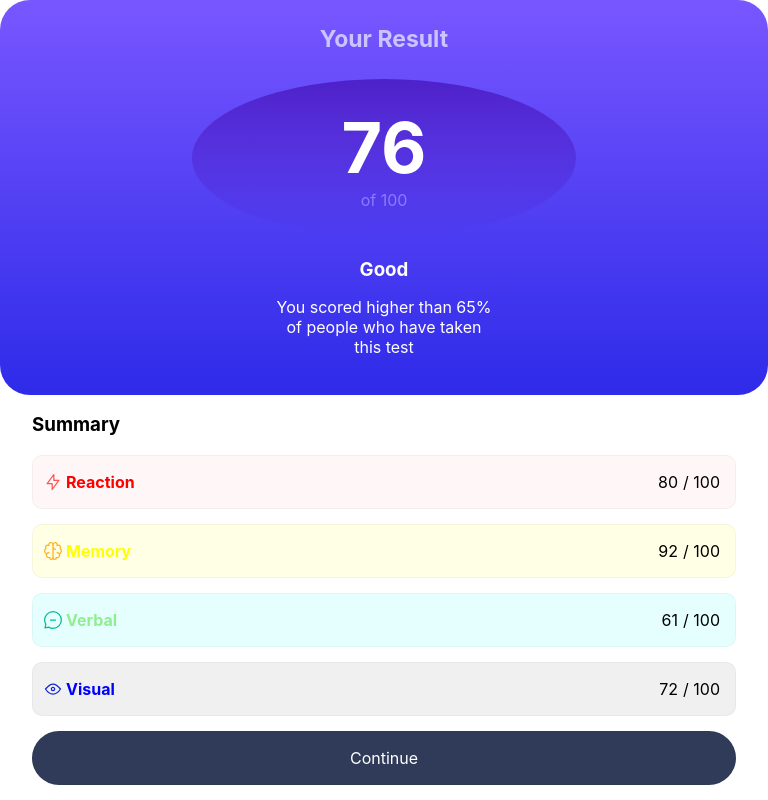
Repository: JeanPaulBassil/Result-Summary-Design
Page: /
The author's editor kept a copy of each file at every save. The page is drawn from the files as they stood at one save, then again after the next save.
The browser window is 768 px wide. The pictures show the whole page.
The project was rebuilt for these pictures with package versions that can differ from the ones it lists, and the page was loaded fresh each time.

Above is the page before, as saved 2023-02-24 18:41:22.

### src/index.css
body {
  margin: 0;
  font-family: -apple-system, BlinkMacSystemFont, 'Segoe UI', 'Roboto', 'Oxygen',
    'Ubuntu', 'Cantarell', 'Fira Sans', 'Droid Sans', 'Helvetica Neue',
    sans-serif;
  -webkit-font-smoothing: antialiased;
  -moz-osx-font-smoothing: grayscale;
}

code {
  font-family: source-code-pro, Menlo, Monaco, Consolas, 'Courier New',
    monospace;
}

.app{
  width: 50vw;
  box-shadow: 1px 3px 10px rgba(0, 0, 0, .1);
  border-radius: 20px;
  display: block;
  margin: 30vh auto;
  display: grid;
  grid-template-columns: minmax(250px, 1fr) minmax(250px, 1fr);
}

@media (max-width: 1440px){
  .app {
    width: 55vw;
  }
}
@media (max-width: 1024px){
  .app {
    width: 70vw;
  }
}

@media (max-width: 840px){
  .app {
    height: 100vh;
    width: 100vw;
    display: flex;
    flex-direction: column;
    margin: 0 0;
    border-radius: 0px
  }
  .app > .summary {
    flex: 1;
  }
}

### src/App.js
import Result from "./Components/Result/Result"
import Summary from "./Components/Summary/Summary"

export default function App() {
    return (
        <div className="app">
            <Result />
            <Summary />
        </div>
    )
};

### src/Components/Result/Result.js
import Description from "../Description/Description";
import Grade from "../Grade/Grade";
import data from "../../data.json";
import "./Result.css"

export default function Result() {
    const score = Math.floor(data.reduce((totalGrade, category) => totalGrade + category.score , 0) / data.length)

    return (
        <div className="result">
            <h3>Your Result</h3>
            <Grade score={score}/>
            <Description score={score}/>
        </div>
    )
};

### src/Components/Summary/Summary.js
import data from "../../data.json"
import './Summary.css'

export default function Summary() {
    const summary = data.map(part => {
        return (
            <div className={`part ${part.color}`}>
                <div>
                    <img className="icon" src={part.icon} alt={part.category}/>
                    <h4>{part.category}</h4>
                </div>
                <div className="secGrade">
                    <p>{part.score}</p>
                    <p>/ 100</p>
                </div>
            </div>
        )
    })

    return (
        <div className="summary">
            <h3>Summary</h3>
            <div>
                {summary}
            </div>
            <div className="button">
                <p>Continue</p>
            </div>
        </div>
    )
};

### src/Components/Description/Description.js
import "./Description.css"

export default function Description({score}) {
    const performance = _ => {
        if (score >= 90) return ['Excellent', `You scored higher than 85% of people who have taken this test`]
        else if (score >= 80) return ['Great', `You scored higher than 75% of people who have taken this test`]
        else if (score >= 70) return ['Good', `You scored higher than 65% of people who have taken this test`]
        else if (score >= 60) return ['Not enough', `You're above nearly half the people who have taken this test`]
        else return ['Fail', `Most people who have taken this test passed over you`]
    }

    return (
        <div className="description">
            <h3>{performance()[0]}</h3>
            <p>{performance()[1]}</p>
        </div>
    )
};

### src/Components/Grade/Grade.js
import "./Grade.css"

export default function Grade({score}) {
    return (
        <div className="grade">
            <h1>{score}</h1>
            <p>of 100</p>
        </div>
    )
};

### src/data.json


[
  {
    "category": "Reaction",
    "score": 80,
    "icon": "./assets/images/icon-reaction.svg",
    "color": "red"
  },
  {
    "category": "Memory",
    "score": 92,
    "icon": "./assets/images/icon-memory.svg",
    "color": "yellow"
  },
  {
    "category": "Verbal",
    "score": 61,
    "icon": "./assets/images/icon-verbal.svg",
    "color": "green"
  },
  {
    "category": "Visual",
    "score": 72,
    "icon": "./assets/images/icon-visual.svg",
    "color": "blue"
  }
]

### src/Components/Result/Result.css
.result {
    display: grid;
    grid-template-rows: 1fr 2fr 2fr;
    align-items: center;
    justify-items: center;
    height: 100%;
    width: 100%;
    background-image: linear-gradient(to bottom,hsl(252, 100%, 67%), hsl(241, 81%, 54%));
    border-radius: 30px;
    color: white;
}

.result > h3 {
    font-size: 23px;
    color: #cbc4ff;
}

### src/Components/Summary/Summary.css
.part {
    display: flex;
    justify-content: space-between;
    border: 1px solid rgba(0, 0, 0, .04);
    margin-bottom: 15px;
    border-radius: 10px;
    padding: 0 10px;
}

.button {
    display: flex;
    justify-content: center;
    border: 1px solid rgba(0, 0, 0, .04);
    margin-bottom: 15px;
    border-radius: 50px;
    padding: 0 10px;
    background-color: #303b59;
    color: white

}

.button:hover {
    cursor: pointer;
}

.icon {
    margin-right: 3px
}

.summary {
    padding: 0 2rem;
    display: flex;
    flex-direction: column;
    justify-content: center;
}

.summary > h3 {
    align-self: flex-start;
}

.part > div {
    display: flex;
    align-items: center;
    justify-content: center;
}

.secGrade > p {
    /* display: inline; */
    margin-right: 5px;
}

.red {
    background-color: rgba(255, 0, 0, 0.03);
}

.red > div > h4 {
    margin: 0;
    color: red;
}

.yellow {
    background-color: rgba(255, 255, 0, 0.1);
}

.yellow > div > h4 {
    margin: 0;
    color: yellow;
}

.green {
    background-color: rgba(0, 255, 255, 0.1);
}

.green > div > h4 {
    margin: 0;
    color: lightgreen;
}

.blue {
    background-color: rgba(0, 0, 0, 0.06);
}

.blue > div > h4 {
    margin: 0;
    color: blue;
}

### src/Components/Description/Description.css
.description {
    display: flex;
    flex-direction: column;
    align-items: center;
    justify-content: center;
}

.description > p{
    inline-size: 220px;
    text-align: center;
}

.description > h3 {
    margin: 0;
}

### src/Components/Grade/Grade.css
.grade {
    display: flex;
    flex-direction: column;
    justify-content: center;
    align-items: center;
    background-image: linear-gradient(to bottom, hsla(256, 72%, 46%, 1), hsla(241, 72%, 46%, 0));
    border-radius: 50%;
    inline-size: 50%;
    block-size: 100%;
}

.grade > h1 {
    margin: 0;
    font-size: 70px;
}

.grade > p {
    margin: 0;
    color: #8a7cff;
}

Loaded but not shown: public/index.html (common file); src/index.js (common file)

After the next save:
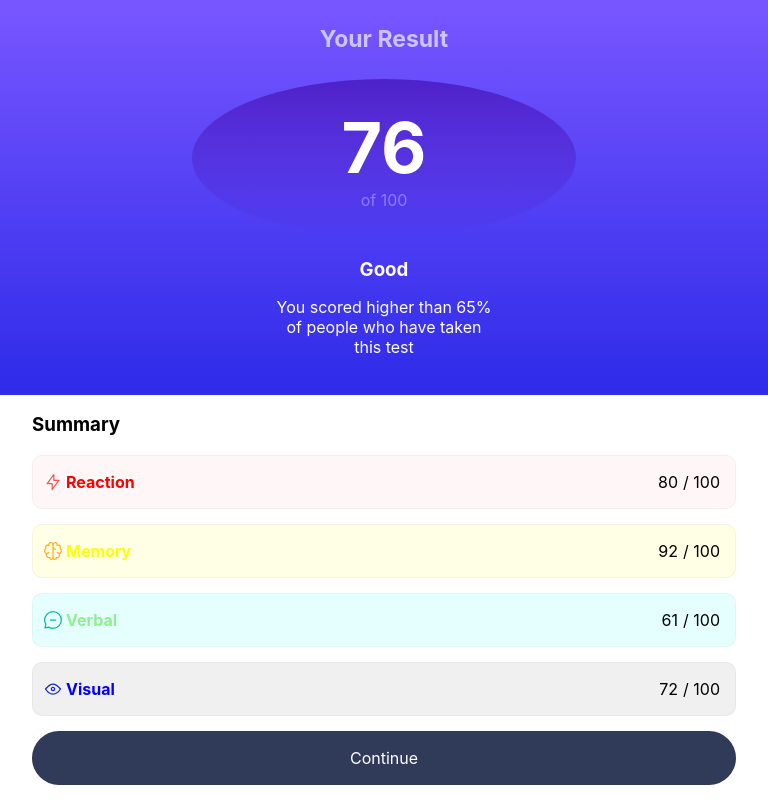
Saved 26 s later.
--- a/src/index.css
+++ b/src/index.css
@@ -42,6 +42,10 @@ code {
     margin: 0 0;
     border-radius: 0px
   }
+
+  .app > .result {
+    border-radius: 0px
+  }
   .app > .summary {
     flex: 1;
   }
